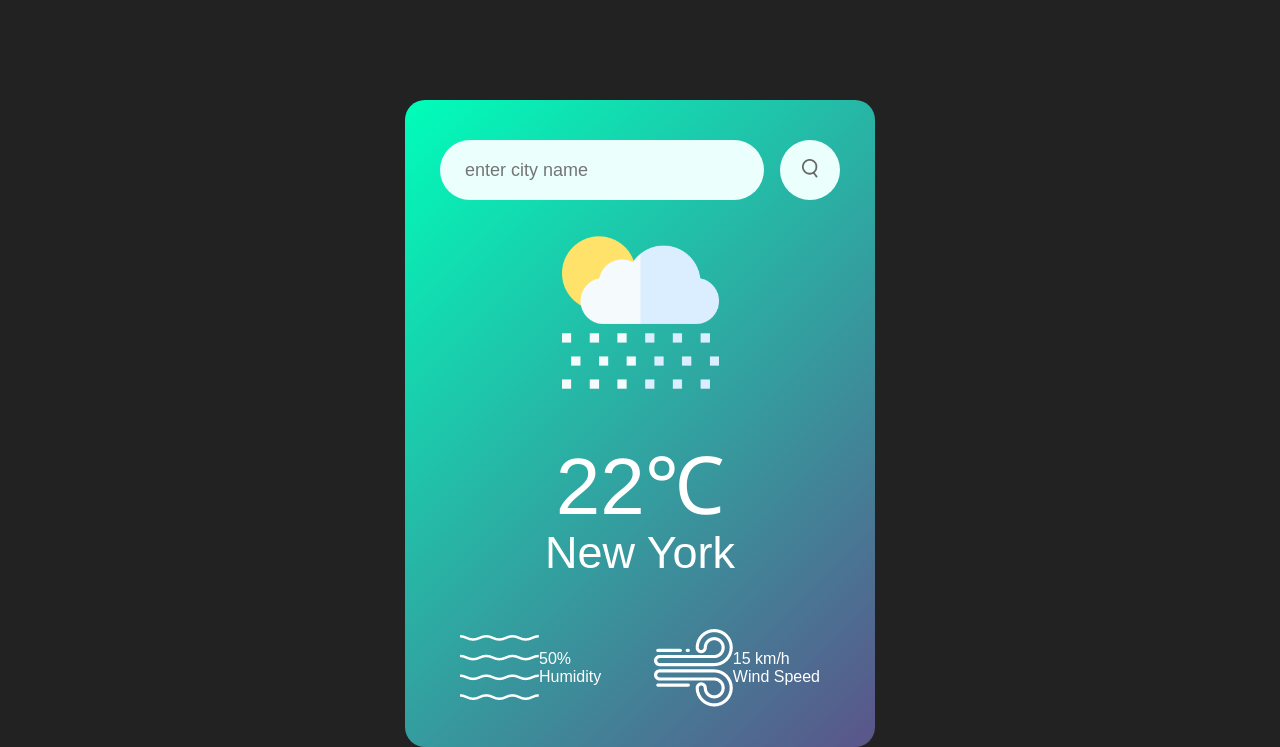
Repository: Alphosmart/weather
Page: index.html
The author's editor kept a copy of each file at every save. The page is drawn from the files as they stood at one save, then again after the next save.
The browser window is 1280 px wide. The pictures show the whole page.

Above is the page before, as saved 2024-07-17 16:47:32.

After the next save:
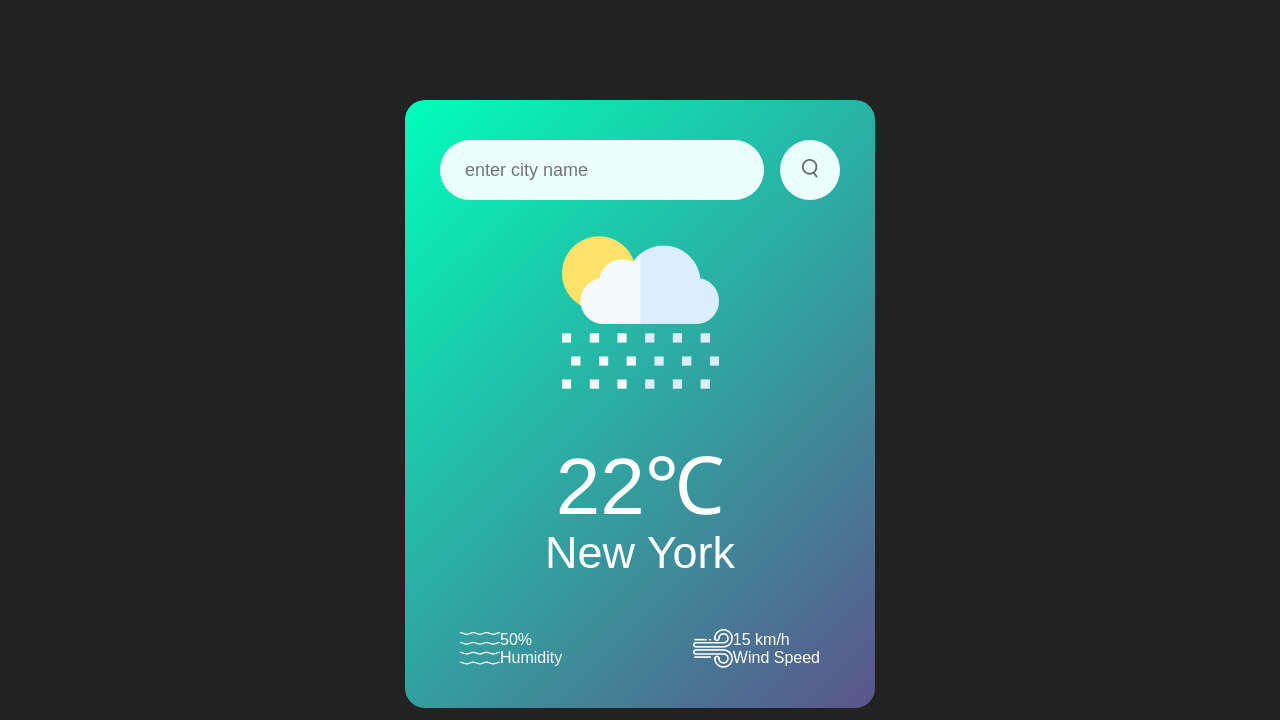
Saved 29 s later.
--- a/style.css
+++ b/style.css
@@ -83,3 +83,7 @@ body {
   align-items: center;
   text-align: left;
 }
+
+.col img {
+  width: 40px;
+}
